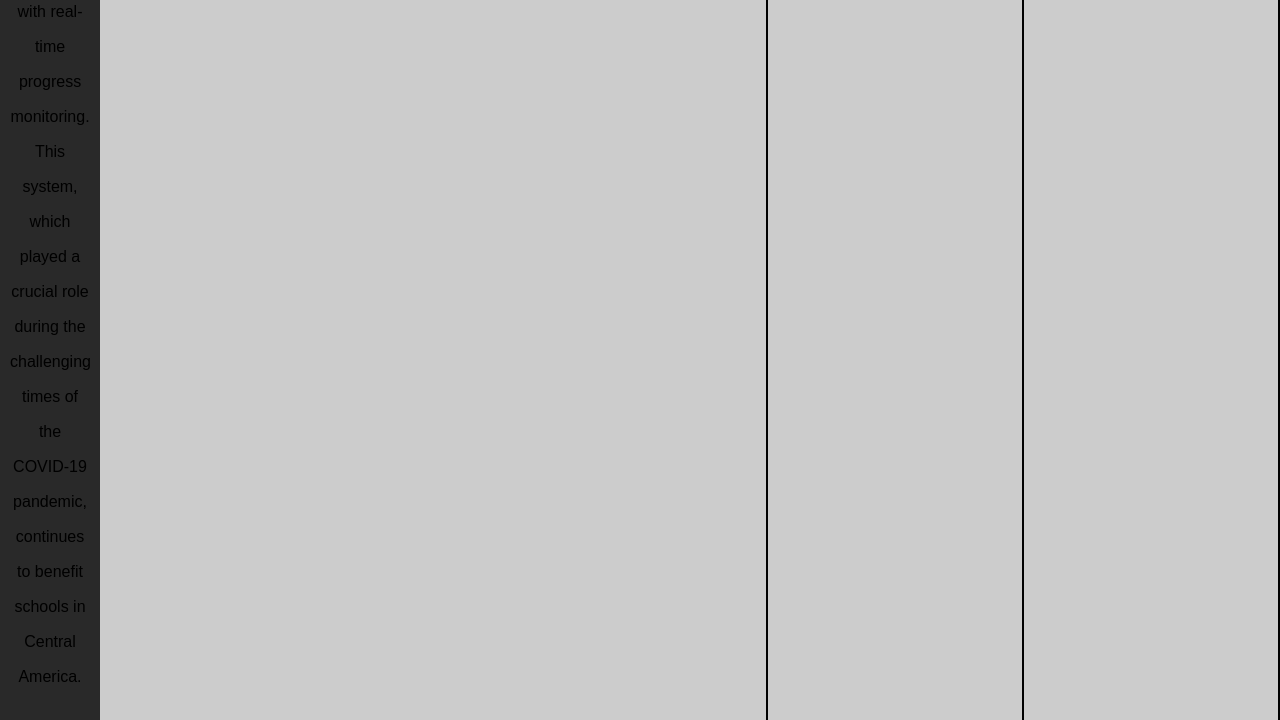
Repository: tessa5/developerPortfolio
Page: public/bio.html
An editor plug-in stored every save of this project. The page is shown before and after the next save, followed by the edit.
The browser window is 1280 px wide. The pictures show the whole page.

Above is the page before, as saved 2023-08-08 14:40:12.

### public/bio.html
<!DOCTYPE html>
<html lang="en">
<head>
    <meta charset="UTF-8">
    <meta name="viewport" content="width=device-width, initial-scale=1.0">
    <title>Document</title>
    <link rel="stylesheet" href="assets/styles/bio.css">
</head>
<body>
    <section>
        <ul>
            <li>
                <div class="bio">
                    <h2>Bio</h2>
                    <p>
                        Ms. Teresia Kamau is a professional, currently working as the Senior Manager and Team Leader at Gyeonggi Business and Science Accelerator Africa branch. With a passion for technology, she has set her sights on transitioning fully into the tech industry as an AWS Ops leader within the next 1.5 years. <br/>Determined to stay ahead in this competitive field, she has set a challenging target of passing the AWS certificate exam within the next 7 months.
In 3 years, she plans to launch a mentorship program specifically catering to women looking to venture into the realms of AR and AI. With her vision, she aims to create a supportive and inclusive environment for aspiring female technologists, driving innovation and progress in the industry.
<br/>Teresia has an impressive track record of achievements, exemplifying her capability as a leader and a visionary. In just two years, she has ascended to the role of Senior Manager and Team Leader, showcasing her exceptional leadership skills and strategic acumen. <br/>Moreover, Teresia's abilities in forging international partnerships and driving business growth enabled her to facilitate contracts worth a staggering $600,000 between Korean companies and entities in East Africa.
Beyond her corporate achievements, Teresia has made a significant impact in the field of education. Collaborating in the development of an innovative education system, powered by AWS EC2, she has enabled educators and students to engage in seamless learning experiences with real-time progress monitoring. This system, which played a crucial role during the challenging times of the COVID-19 pandemic, continues to benefit schools in Central America.

                    </p>
                </div>
            </li>
            <li></li>
            <li></li>
        </ul>

    </section>

</body>
</html>

### public/assets/styles/bio.css
body {
    margin: 0;
    padding:0;
    font-family: sans-serif;
}
ul {
    position: absolute;
    top: 0;
    left: 0;
    width: 100%;
    height:100vh;
    background: #ccc;
    margin:0;
    padding:0;
}
ul li {
    list-style:none;
    position:relative;
    width:33%;
    height:100%;
    border-right: 2px solid #000;
    float: left;
    box-sizing:border-box;
    transition: 0.5s;
    text-align: center;
}

ul:hover li {
    width: 20%
}

ul li:hover {
    width:60%
}

ul li .bio {
    position:absolute;
    bottom:0;
    left:0;
    width: 100px;
    background: rgba(0,0,0,0.8);
}
p {
    height:100%;
    line-height:35px;
    padding:10px;
    margin-top:5px;
    box-sizing: border-box;
    word-break: keep-all;
    padding-top:30px;
}

After the next save:
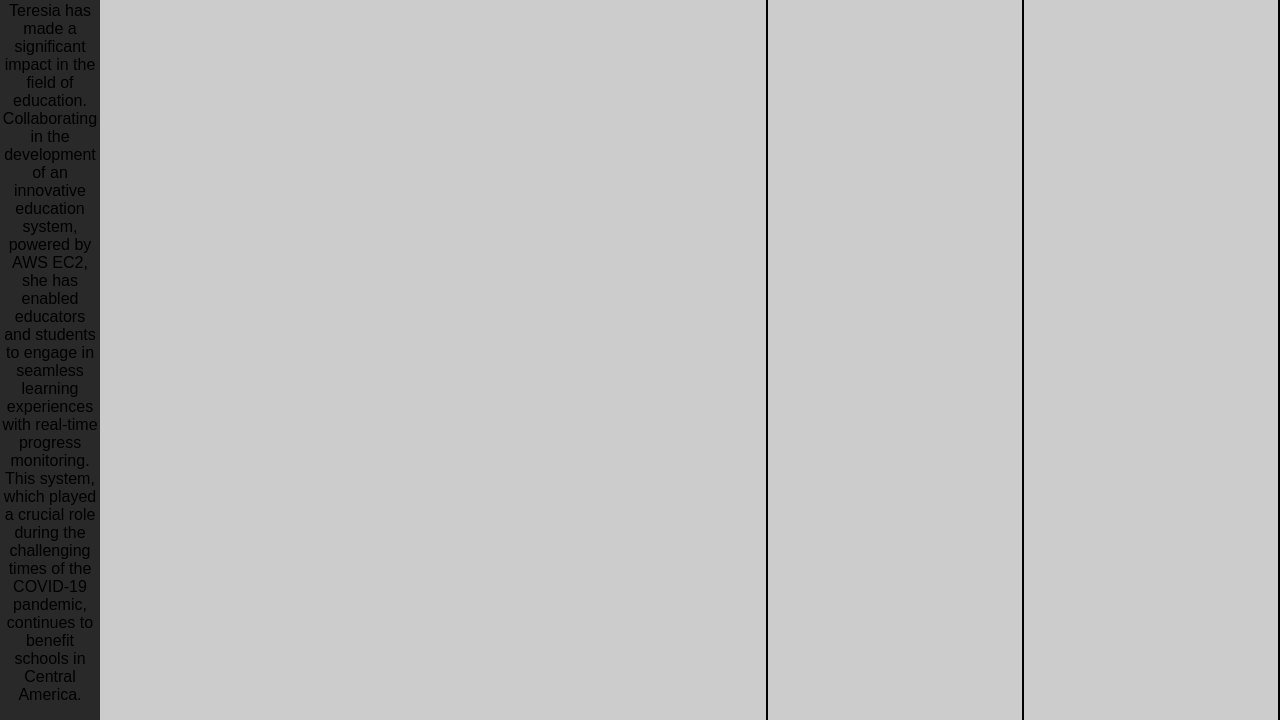
Saved 113 s later.
--- a/public/assets/styles/bio.css
+++ b/public/assets/styles/bio.css
@@ -40,7 +40,7 @@ ul li .bio {
     width: 100px;
     background: rgba(0,0,0,0.8);
 }
-p {
+/* p {
     height:100%;
     line-height:35px;
     padding:10px;
@@ -48,4 +48,4 @@ p {
     box-sizing: border-box;
     word-break: keep-all;
     padding-top:30px;
-}
+} */
